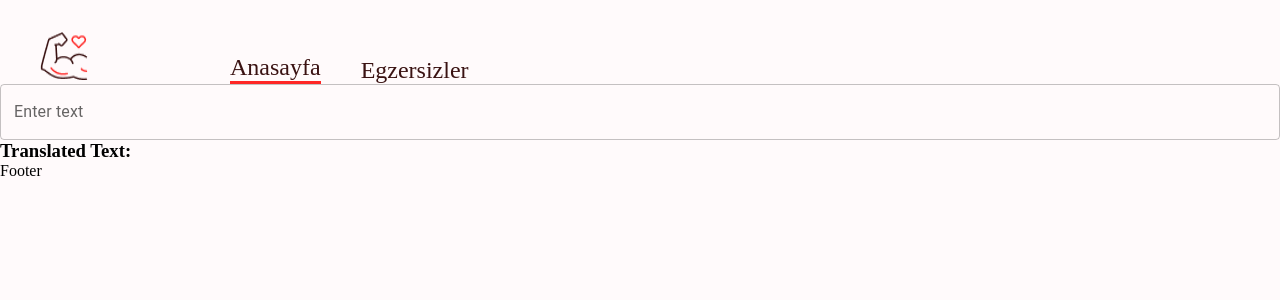
Repository: Kubraaygun/Gym_App
Page: /translate
The author's editor kept a copy of each file at every save. The page is drawn from the files as they stood at one save, then again after the next save.
The browser window is 1280 px wide. The pictures show the whole page.
The project was rebuilt for these pictures with package versions that can differ from the ones it lists, and the page was loaded fresh each time. Also part of the build but not shown: src/pages/ExerciseDetail.js, src/utils/fetchData.js, src/utils/iconGymList.js, src/components/BodyPart.js, src/components/HorizontalScrollBar.js, src/components/SearchExercises.js, src/components/ExerciseCard.js, src/components/Exercises.js and 2 more.

Above is the page before, as saved 2025-01-27 01:43:06.

### src/App.js
import React from "react";
import "./App.css";
import { Route, Routes } from "react-router-dom";
import { Box } from "@mui/material";
import Navbar from "./components/Navbar";
import Footer from "./components/Footer";
import ExerciseDetail from "./pages/ExerciseDetail";
import Home from "./pages/Home";
import TranslateComponent from "./pages/TranslatePage";

const App = () => {
  return (
    <Box width="400px" sx={{ width: { xl: "1488" } }} m="auto">
      <Navbar />
      <Routes>
        <Route path="/" element={<Home />} />
        <Route path="/exercise/:id" element={<ExerciseDetail />} />
        <Route path="/translate" element={<TranslateComponent />} />
      </Routes>
      <Footer />
    </Box>
  );
};

export default App;

### src/App.css
body {
  font-family: "Josefin Sans";
  background-color: #fffafb;
}

* {
  padding: 0px;

  margin: 0px;
  box-sizing: border-box;
}

::-webkit-scrollbar {
  width: 0px;
}

.right-arrow,
.left-arrow {
  cursor: pointer;
  background: transparent;
  outline: none;
  border: none;
  display: flex;
  justify-content: center;
  align-items: center;
  color: #ff2625;
  font-size: 25px;
  border-radius: 4px;
  position: absolute;
  bottom: -20px;
  right: 80px;
  transform: scale(1, 1);
  transition: 0.3s all ease-in-out;
}

.right-arrow {
  right: 140px;
}

.right-arrow:hover,
.left-arrow:hover {
  transform: scale(1.3, 1.3);
}

.react-horizontal-scrolling-menu--wrapper {
  width: 100%;
  display: flex;
  flex-wrap: wrap;
}

.detail-image {
  width: 729px;
  height: 742px;
}

.hero-banner-img {
  position: absolute;
  right: 40px;
  top: 0px;
  width: 700px;
  height: 900px;
  margin-top: -330px;
}

.exercise-card {
  width: 400px;
  height: 445px;
  background: #fff;
  border-top: 4px solid #ff2625;
  border-bottom-left-radius: 20px;
  text-decoration: none;
  display: flex;
  justify-content: space-between;
  flex-direction: column;
  padding-bottom: 10px;
  transform: scale(1, 1);
  transition: 0.3s all ease-in-out;
}

.exercise-card img {
  height: 326px;
}

.bodyPart-card {
  transform: scale(1, 1);
  transition: 0.3s all ease-in-out;
}

.exercise-card:hover,
.bodyPart-card:hover {
  transform: scale(1.1, 1.1);
}

.search-btn:hover {
  color: #ff2625 !important;
  border: 1px solid #ff2625 !important;
}

.exercise-video {
  display: flex;
  flex-direction: column;
  gap: 24px;
  width: 387px;
  height: 381px;
  text-decoration: none;
}

@media screen and (max-width: 1200px) {
  .detail-image {
    width: 300px;
    height: 300px;
  }

  .react-horizontal-scrolling-menu--scroll-container {
    width: 500px;
  }

  .left-arrow,
  .right-arrow {
    position: static !important;
  }

  .hero-banner-img {
    display: none;
  }

  .exercise-card {
    width: 320px;
  }

  .exercise-video {
    width: 320px;
    height: 300px;
  }
}

@media screen and (max-width: 400px) {
  .exercise-card {
    width: 280px;
  }
}

### src/components/Navbar.js
import React from "react";
import { Link } from "react-router-dom";
import { Stack } from "@mui/material";
import Logo from "../assets/images/Logo.png";
const Navbar = () => {
  return (
    <Stack
      direction="row"
      justifyContent="space-around"
      sx={{
        gap: { sm: "122px", sx: "40px" },
        mt: { sm: "32px", xs: "20px" },
        justifyContent: "none",
      }}
      px="20px"
    >
      <Link to="/">
        <img
          src={Logo}
          alt="logo"
          style={{ width: "48px", height: "48px", margin: "0 20px" }}
        />
      </Link>
      <Stack direction="row" gap="40px" fontSize="24px" alignItems="flex-end">
        <Link
          to="/"
          style={{
            textDecoration: "none",
            color: "#3A1212",
            borderBottom: "3px solid #FF2625",
          }}
        >
          Anasayfa
        </Link>
        <a
          href="#exercises"
          style={{
            textDecoration: "none",
            color: "#3A1212",
          }}
        >
          Egzersizler
        </a>
      </Stack>
    </Stack>
  );
};

export default Navbar;

### src/pages/TranslatePage.js
import React, { useState, useEffect } from "react";
import { TextField } from "@mui/material";
import { translateText } from "../utils/translate";
translateText;

const TranslateComponent = () => {
  const [text, setText] = useState(""); // Kullanıcıdan alınan metin
  const [translatedText, setTranslatedText] = useState(""); // Çevrilen metin

  // Kullanıcı metni değiştirdiğinde çeviriyi tetikleyen useEffect
  useEffect(() => {
    const handleTranslate = async () => {
      if (text) {
        const translation = await translateText(text); // API çağrısı yapıyoruz
        setTranslatedText(translation); // Çevrilen metni güncelliyoruz
      }
    };

    // Metin değiştiğinde çeviriyi başlat
    handleTranslate();
  }, [text]); // text state'i değiştiğinde çalışır

  return (
    <div>
      <TextField
        value={text}
        onChange={(e) => setText(e.target.value)} // Kullanıcıdan alınan metni güncelliyoruz
        label="Enter text"
        variant="outlined"
        fullWidth
      />
      <div>
        <h3>Translated Text:</h3>
        <p>{translatedText}</p>
      </div>
    </div>
  );
};

export default TranslateComponent;

### src/utils/translate.js
import axios from "axios";

// API anahtarınızı buraya girin
const apiKey = process.env.TRANSLATOR_API_KEY;

// API endpoint
const endpoint = "https://api.cognitive.microsofttranslator.com/";

// Çeviriyi yapan fonksiyon
export const translateText = async (text) => {
  try {
    const response = await axios.post(
      endpoint,
      [
        {
          Text: text,
        },
      ],
      {
        headers: {
          "Ocp-Apim-Subscription-Key": apiKey, // API anahtarınızı buraya ekleyin
          "Content-Type": "application/json",
        },
      }
    );

    // Çevrilen metni döndürüyoruz
    return response.data[0].translations[0].text;
  } catch (error) {
    console.error("Çeviri hatası:", error);
    return "Çeviri yapılırken bir hata oluştu";
  }
};

Loaded but not shown: public/index.html (common file); src/index.js (common file); src/components/Footer.js (common file)

After the next save:
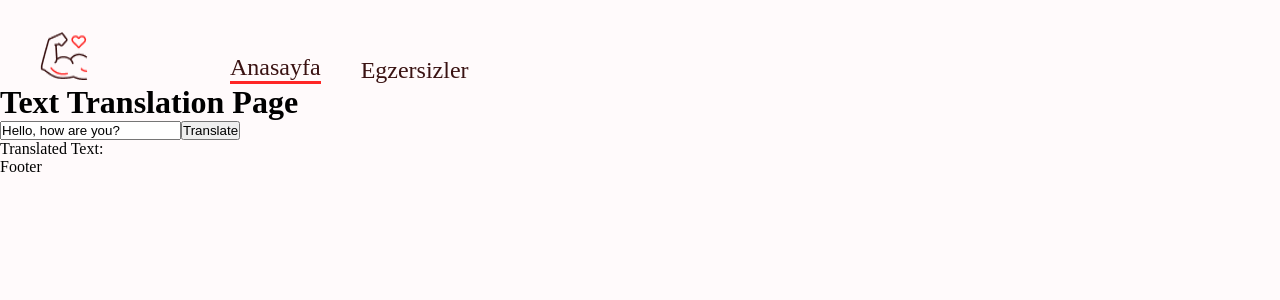
Saved 30 s later.
--- a/src/pages/TranslatePage.js
+++ b/src/pages/TranslatePage.js
@@ -1,40 +1,27 @@
-import React, { useState, useEffect } from "react";
-import { TextField } from "@mui/material";
-import { translateText } from "../utils/translate";
-translateText;
+import React, { useState } from "react";
+import { translateText } from "../utils/translate"; // Dosya yolunu düzeltin
 
-const TranslateComponent = () => {
-  const [text, setText] = useState(""); // Kullanıcıdan alınan metin
-  const [translatedText, setTranslatedText] = useState(""); // Çevrilen metin
+const TranslatePage = () => {
+  const [text, setText] = useState("Hello, how are you?");
+  const [translatedText, setTranslatedText] = useState("");
 
-  // Kullanıcı metni değiştirdiğinde çeviriyi tetikleyen useEffect
-  useEffect(() => {
-    const handleTranslate = async () => {
-      if (text) {
-        const translation = await translateText(text); // API çağrısı yapıyoruz
-        setTranslatedText(translation); // Çevrilen metni güncelliyoruz
-      }
-    };
-
-    // Metin değiştiğinde çeviriyi başlat
-    handleTranslate();
-  }, [text]); // text state'i değiştiğinde çalışır
+  const handleTranslate = async () => {
+    const translation = await translateText(text); // Çeviriyi almak için fonksiyon çağrısı
+    setTranslatedText(translation); // Çevrilen metni ekrana yansıt
+  };
 
   return (
     <div>
-      <TextField
+      <h1>Text Translation Page</h1>
+      <input
+        type="text"
         value={text}
-        onChange={(e) => setText(e.target.value)} // Kullanıcıdan alınan metni güncelliyoruz
-        label="Enter text"
-        variant="outlined"
-        fullWidth
+        onChange={(e) => setText(e.target.value)}
       />
-      <div>
-        <h3>Translated Text:</h3>
-        <p>{translatedText}</p>
-      </div>
+      <button onClick={handleTranslate}>Translate</button>
+      <p>Translated Text: {translatedText}</p>
     </div>
   );
 };
 
-export default TranslateComponent;
+export default TranslatePage;
